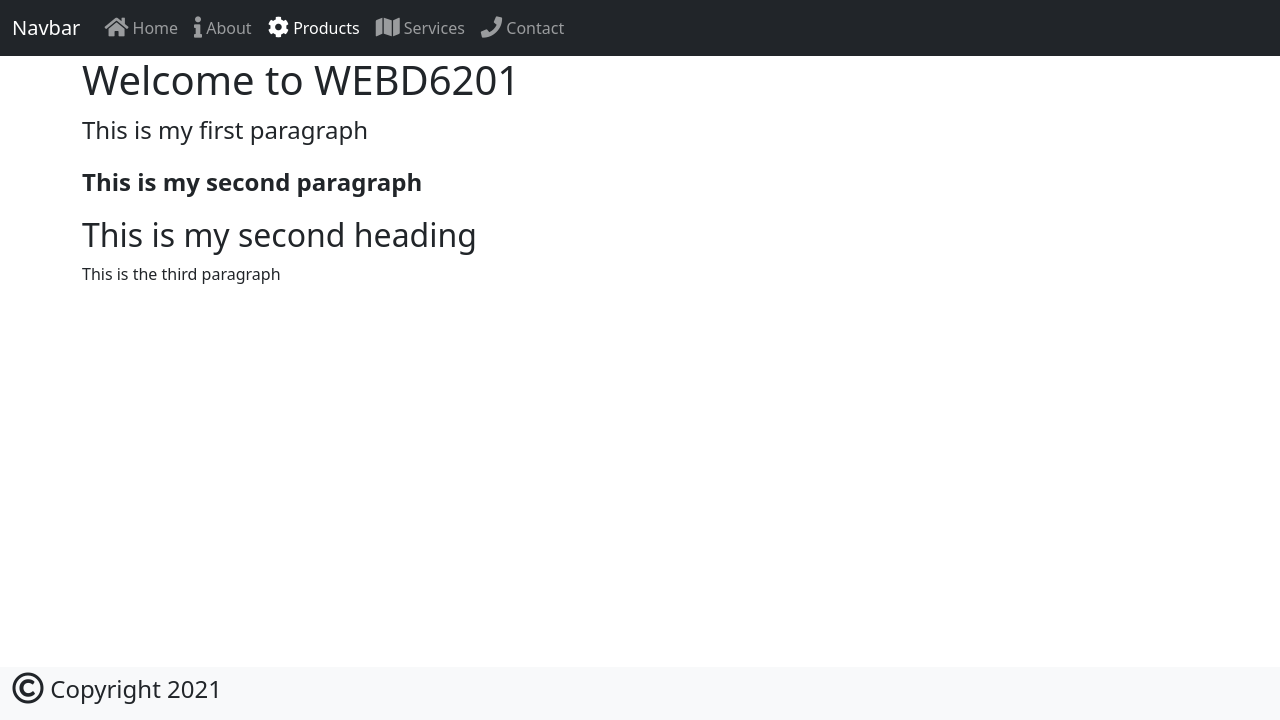
Repository: evanpalmer002/WEBD6201-ICE4
Page: products.html
These files come from the project's save history. The page is drawn as it stood at one moment and after the next save; the edit follows.
The browser window is 1280 px wide. The pictures show the whole page.

Above is the page before, as saved 2021-01-20 16:09:27.

### products.html
<!DOCTYPE html>
<html lang="en">
<head>
    <meta charset="UTF-8">
    <meta name="viewport" content="width=device-width, initial-scale=1.0">
    <title>WEBD6201 - ICE 1</title>
    <!-- CSS Section -->
    <link rel="stylesheet" href="./node_modules/bootstrap/dist/css/bootstrap.min.css">
    <link rel="stylesheet" href="./node_modules/@fortawesome//fontawesome-free/css/all.min.css">
    <link rel="stylesheet" href="./Content/app.css">
</head>
<body>
    <!-- Main Navigation -->
    <header>
        <nav class="navbar navbar-expand-lg navbar-dark bg-dark justify-content-end">
            <div class="container-fluid">
              <a class="navbar-brand" href="index.html">Navbar</a>
              <button class="navbar-toggler" type="button" data-bs-toggle="collapse" data-bs-target="#navbarSupportedContent" aria-controls="navbarSupportedContent" aria-expanded="false" aria-label="Toggle navigation">
                <span class="navbar-toggler-icon"></span>
              </button>
              <div class="collapse navbar-collapse" id="navbarSupportedContent">

                <ul class="navbar-nav">

                  <li class="nav-item">
                    <a id="home" class="nav-link" aria-current="page" href="index.html"><i class="fas fa-home fa-lg"></i> Home</a>
                  </li>

                  <li class="nav-item">
                    <a id="about" class="nav-link" href="about.html"><i class="fas fa-info fa-lg"></i> About</a>
                  </li>

                  <li class="nav-item">
                    <a id="products" class="nav-link active" href="products.html"><i class="fas fa-cog fa-lg"></i> Products</a>
                  </li>

                  <li class="nav-item">
                    <a id="services" class="nav-link" href="services.html"><i class="fas fa-map fa-lg"></i> Services</a>
                  </li>

                  <li class="nav-item">
                    <a id="contact" class="nav-link" href="contact.html"><i class="fas fa-phone fa-lg"></i> Contact</a>
                  </li>

                </ul>
              </div>
            </div>
          </nav>
    </header>

    <main class="container">
        <h1>Welcome to WEBD6201</h1>
        <p id="paragraphOne" class="fs-4"></p>
    </main>

    <footer>
        <nav class="navbar fixed-bottom navbar-light bg-light">
            <div class="container-fluid">
              <h4><i class="far fa-copyright fa-lg"></i> Copyright 2021</h4>
            </div>
          </nav>
    </footer>

    <!-- JavaScript Section -->
    <script src="./node_modules/jquery/dist/jquery.min.js"></script>
    <script src="./node_modules/bootstrap/dist/js/bootstrap.bundle.min.js"></script>
    <script src="./Scripts/app.js"></script>
</body>
</html>

### Scripts/app.js
/*custon javascript  goes here */

// - Immediately invoked function Expression

(function()
{
    "use strict";
    function Start()
    {
        console.log("App Started...");


        let paragraphOneContent = "This is my first paragraph"
        //Selection
        let paragraphOne = document.getElementById("paragraphOne");
        paragraphOne.textContent = paragraphOneContent;

        //Step 1 Create a new element
        let paragraphTwo = document.createElement("p");
        //Step 2 Configure the new element
        paragraphTwo.setAttribute("id", "paragraphTwo");
        paragraphTwo.textContent = "This is my second paragraph";
        paragraphTwo.className = "fs-4 fw-bold";
        //Step 3 Target the parent element
        let mainContent = document.querySelector("main");
        //Step 4 Append the new element to the parent
        mainContent.appendChild(paragraphTwo);

        let newDivTag = document.createElement("div");
        newDivTag.innerHTML =
        `<h2>This is my second heading</h2>
        <p #id = paragraphThree> This is the third paragraph </p>`;


        mainContent.append(newDivTag);

        //paragraphOne.after(newDivTag);

        //paragraphOne.before(newDivTag);

    }

    window.addEventListener("load", Start);
})();

Loaded but not shown: node_modules/bootstrap/dist/css/bootstrap.min.css (library); node_modules/@fortawesome/fontawesome-free/css/all.min.css (library); node_modules/jquery/dist/jquery.min.js (library); node_modules/bootstrap/dist/js/bootstrap.bundle.min.js (library); Content/app.css (no copy from this time; the picture is the same without it)

After the next save:
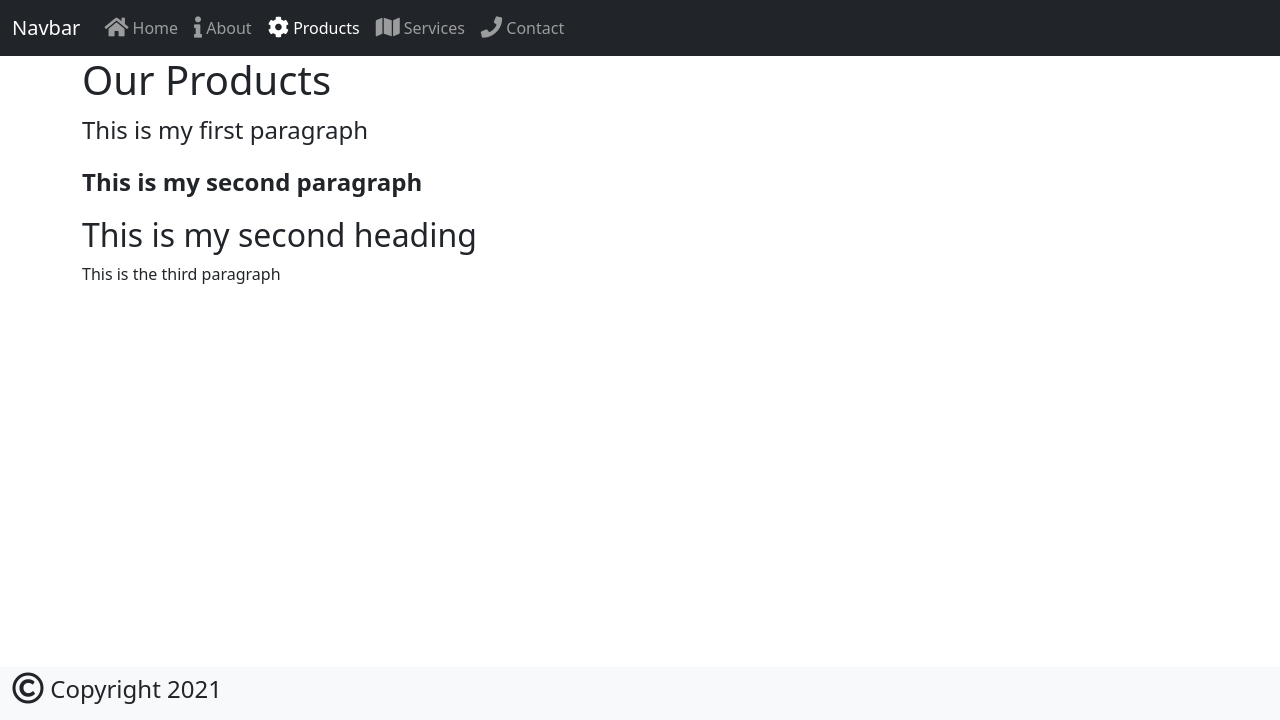
Saved 7 s later.
--- a/products.html
+++ b/products.html
@@ -49,7 +49,7 @@
     </header>
 
     <main class="container">
-        <h1>Welcome to WEBD6201</h1>
+        <h1>Our Products</h1>
         <p id="paragraphOne" class="fs-4"></p>
     </main>
 
